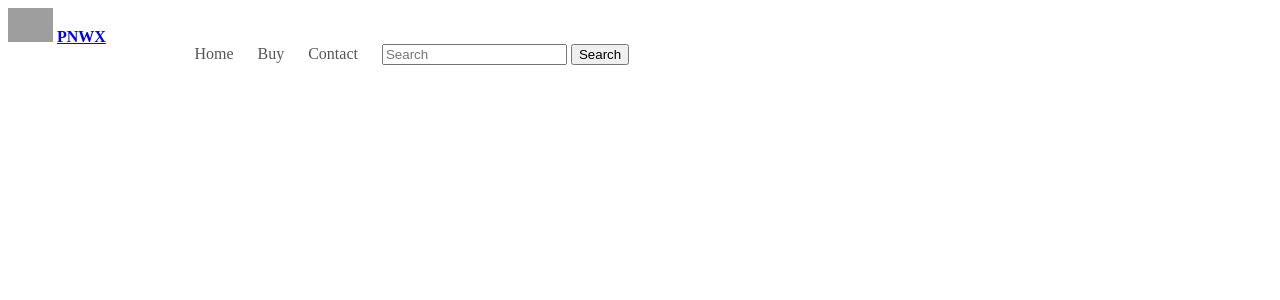
Repository: meiming24/meiming24.github.io
Page: index.html
The author's editor kept a copy of each file at every save. The page is drawn from the files as they stood at one save, then again after the next save.
The browser window is 1280 px wide. The pictures show the whole page.
Pictures or frames that could not be fetched are drawn as grey boxes.

Above is the page before, as saved 2022-05-09 17:22:11.

### index.html
<!DOCTYPE html>
<html lang="en">
<head>
    <meta charset="UTF-8">
    <meta http-equiv="X-UA-Compatible" content="IE=edge">
    <meta name="viewport" content="width=device-width, initial-scale=1.0">
    <title>Pacific Northwest X-Ray</title>
    <link rel="stylesheet" href="index.css" />
</head>
<body>
    <div class="container">

        <div class="logo">
            <img src="https://i.postimg.cc/hG3zmBz9/xray.png" alt="logo">
            <a href="#">PNWX</a>

        </div>

        <div class="nav-bar">
            <nav>
                <ul>
                    <li>
                        <a href="#">Home</a>
                    </li>

                    <li>
                        <a href="#">Buy</a>
                    </li>

                    <li>
                        <a href="#">Contact</a>
                    </li>

                    <li>
                        <form class="d-flex">
                            <input type="search" placeholder="Search"/>
                            <button type="submit">Search</button>
                        </form>
                    </li>

                </ul>


            </nav>



        </div>



    </div>

    <div class="content">

        <div class="item">

        </div>

        <div class="item">

        </div>

        <div class="item">

        </div>

    </div>
</body>
</html>

### index.css
.container {
    display: flex;
    flex-flow: row wrap;

}

.container > * {
    padding: 0px;
    margin: 0PX;
    box-sizing: border-box;
}

.logo {
    flex-basis: 10%;
    font-weight: 600;
    text-decoration: none;
}

.logo > img {
    width: 45px;
}

.nav-bar {
    display: flex;
    align-items: center;
    padding: 20px;
}

.nav-bar > nav {
    flex: 100%;
    text-align: left;
}

.nav-bar > nav ul {
    display: inline-block;
    list-style-type: none;
}

.nav-bar > nav ul li{
    display: inline-block;
    margin-right: 20px;
}

.nav-bar > nav ul li a{
    text-decoration: none;
    color: #555;
    border-bottom-style: none;
}

After the next save:
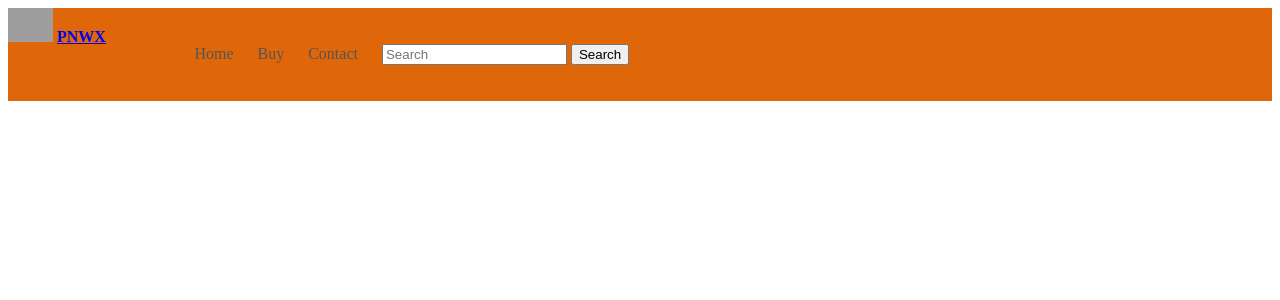
Saved 19 min 10 s later.
--- a/index.css
+++ b/index.css
@@ -1,7 +1,7 @@
 .container {
     display: flex;
     flex-flow: row wrap;
-
+    background-color: #df6609
 }
 
 .container > * {
